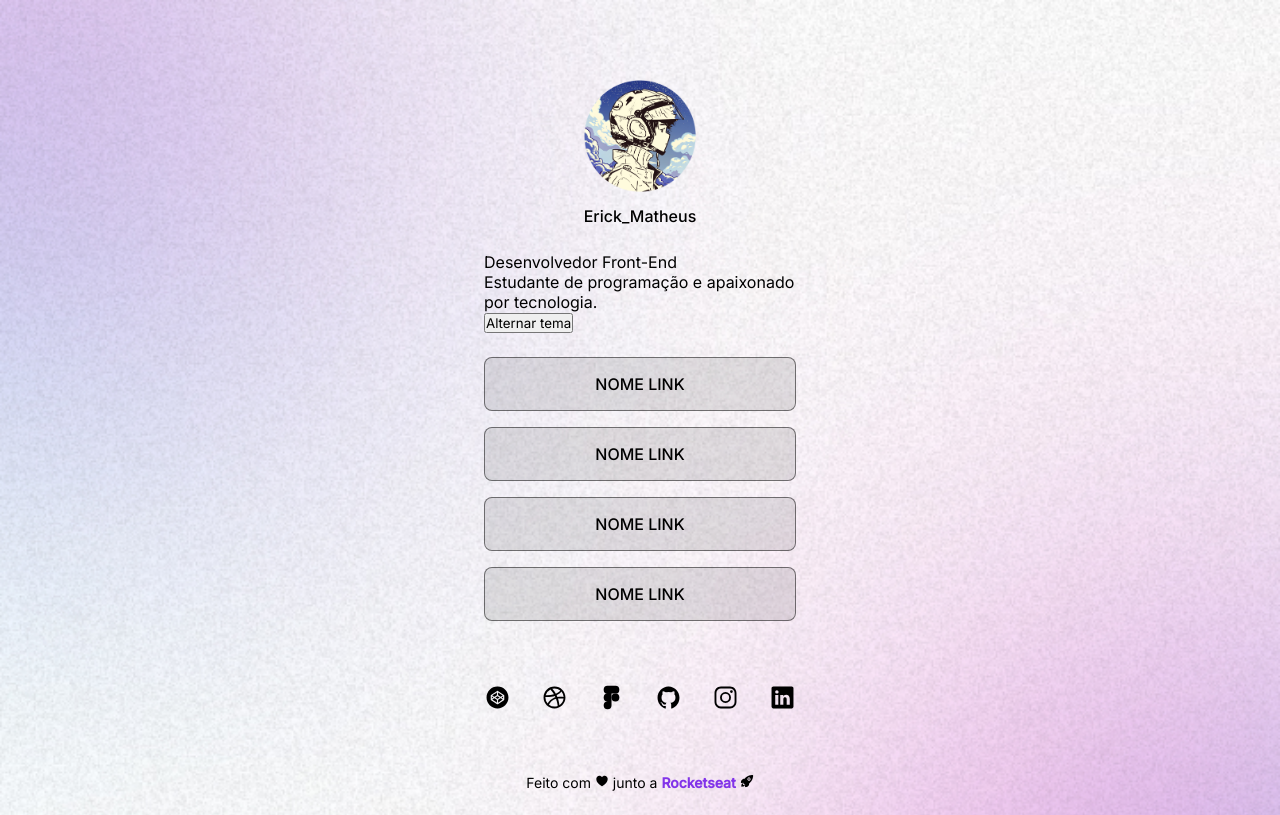
Repository: e-rickmatheus/project_dev_links
Page: index.html
An editor plug-in stored every save of this project. The page is shown before and after a run of saves, followed by the edit.
The browser window is 1280 px wide. The pictures show the whole page.

Above is the page before, as saved 2025-04-03 19:55:52.

### index.html
<!DOCTYPE html>
<html lang="pt-BR" class="light-theme">
<head>

<link rel="preconnect" href="https://fonts.googleapis.com">
<link rel="preconnect" href="https://fonts.gstatic.com" crossorigin>
<link href="https://fonts.googleapis.com/css2?family=Inter:wght@400;500&display=swap" rel="stylesheet">
  <meta charset="UTF-8">
  <meta name="viewport" content="width=device-width, initial-scale=1.0">
  <title>DEV.Links</title>
  <link rel="stylesheet" href="./style.css">
  <a></a>
</head>
<body>

  <div id="container">
    <div id="profile">
      <img id="avatar" src="./assets/avatar-pilot-day.png" alt="avatar-light">
      <p>Erick_Matheus</p>
    </div>
    <div id="description">
      <p>Desenvolvedor Front-End</p>
      <p>Estudante de programação e apaixonado por tecnologia.</p>
    </div>
    <div id="switcher">
      <button id="theme-toggle" aria-label="Alternar tema" title="Alternar tema">
        <span class="sr-only">Alternar tema</span>
        <i class="bi bi-sun-fill"></i>
        <i class="bi bi-moon-stars-fill"></i>
      </button>
    </div>
  <ul>
    <li>
      <a href="#" target="_blank">NOME LINK</a>
    </li>
    <li>
        <a href="#" target="_blank">NOME LINK</a>
    </li>
    <li>
        <a href="#" target="_blank">NOME LINK</a>
    </li>
    <li>
        <a href="#" target="_blank">NOME LINK</a>
    </li>
  </ul>
  <div id="social-links">
    <!-- <ion-icon name="logo-behance"></ion-icon> -->
    <a href="https://codepen.io/erick_matheus" target="_blank">
      <ion-icon name="logo-codepen"></ion-icon>
    </a>

    <a href="https://dribbble.com/erick_matheus" target="_blank">
      <ion-icon name="logo-dribbble"></ion-icon>
    </a>

    <a href="https://figma.com/@erick_matheus" target="_blank">
      <ion-icon name="logo-figma"></ion-icon>
    </a>
    <a href="https://github.com/e-rickmatheus" target="_blank">
      <ion-icon name="logo-github"></ion-icon>
    </a>

    <a href="https://instagram.com/" target="_blank">
      <ion-icon name="logo-instagram"></ion-icon>
    </a>

    <a href="https://linkedin.com/in/e-rickmatheus/" target="_blank">
      <ion-icon name="logo-linkedin"></ion-icon>
    </a>
    <!-- <ion-icon name="logo-medium"></ion-icon> -->
    <!-- <ion-icon name="logo-whatsapp"></ion-icon> -->
  </div>

  <footer>
    Feito com <ion-icon name="heart"></ion-icon>
    junto a <a id="rocketseat" href="https://rocketseat.com.br/" target="_blank">Rocketseat</a>   <ion-icon name="rocket"></ion-icon>
  </footer>
  </div>

<script type="module" src="https://cdn.jsdelivr.net/npm/ionicons@7.1.0/dist/ionicons/ionicons.esm.js"></script>
<script nomodule src="https://cdn.jsdelivr.net/npm/ionicons@7.1.0/dist/ionicons/ionicons.js"></script>
</body>

</html>

### style.css
* {  /* *: todos os elementos */
  margin: 0;
  padding: 0;
  box-sizing: border-box; /* border-box: altura e largura do elemento é o mesmo que o tamanho definido */

}

:root {
  --text-color: white; /* cor do texto */
  --bg-url: url(./assets/bg-mobile.jpg); /* url da imagem de fundo */
  --stroke-color: rgba(255, 255, 255, 0.5); /* cor do contorno */
  --surface-color: rgba(255, 255, 255, 0.1); /* cor da superfície */
  --surface-color-hover: rgba(255, 255, 255, 0.2); /* cor da superfície ao passar o mouse */
  --social-links-color-hover: rgba(255, 255, 255, 0.2); /* cor do link ao passar o mouse */
}

.light-theme { /* tema claro */
  --text-color: black; /* cor do texto */
  --bg-url: url(./assets/bg-mobile-light.jpg); /* url da imagem de fundo */
  --stroke-color: rgba(0, 0, 0, 0.5); /* cor do contorno */
  --surface-color: rgba(0, 0, 0, 0.1); /* cor da superfície */
  --surface-color-hover: rgba(0, 0, 0, 0.2); /* cor da superfície ao passar o mouse */
  --social-links-color-hover: rgba(0, 0, 0, 0.2); /* cor do link ao passar o mouse */
}

html, body {
  height: 100%; /* altura do html e body */
  width: 100%; /* largura do html e body */
}

body { /* body: corpo do documento */
  /*
  background-image: url(./assets/bg-mobile.jpg);
  background-repeat: no-repeat;
  background-position: top center;
  background-size: cover;
  */

  /* BACKGROUND GRADIENT
   background-image:  linear-gradient(
        45deg,
        hsl(201deg 37% 81%) 0%,
        hsl(202deg 39% 77%) 8%,
        hsl(204deg 40% 72%) 17%,
        hsl(206deg 41% 68%) 25%,
        hsl(207deg 42% 64%) 33%,
        hsl(209deg 42% 60%) 41%,
        hsl(210deg 42% 56%) 50%,
        hsl(212deg 41% 53%) 58%,
        hsl(214deg 41% 49%) 66%,
        hsl(217deg 45% 46%) 75%,
        hsl(219deg 48% 43%) 83%,
        hsl(223deg 50% 40%) 92%,
        hsl(228deg 51% 38%) 100%
    );
    */
    background-repeat: no-repeat; /* repetição da imagem */
    background-position: top center; /* posição da imagem */
    background-size: 100% 100%; /* tamanho da imagem */
  background: var(--bg-url) no-repeat top center/cover;
  /* background: cor imagem repetição posição/tamanho */
}

body * { /* todos os elementos dentro do body */
  font-family: 'Inter', sans-serif;
  color: var(--text-color); /* cor do texto */


}

#container {
  width:  360px;
  margin: 56px auto 0px;
  display: block;
  padding: 0 24px;
}

/*PROFILE*/
#profile {
  text-align: center;
  padding: 24px;
}

#profile img {
  width: 112px;
}

#profile p {
  font-weight: 500;
  line-height: 24px;
  margin-top: 8px;
}


/*links*/
ul { /* ul: lista não ordenada */
  list-style: none;
  display: flex;
  flex-direction: column;
  gap: 16px;
  padding: 24px 0;
}

ul li a { /* a: link */
  display: flex;
  justify-content: center;
  align-items: center;
  padding: 16px 24px;
  background: var(--surface-color);
  border: 1px solid var(--stroke-color);
  border-radius: 8px;
  backdrop-filter: blur (4px);
  -webkit-backdrop-filter: blur (4px);

  text-decoration: none;
  font-weight: 500;

  transition: background 0.2s;
}

ul li a:hover { /* quando o mouse estiver em cima do link */
  background: var(--surface-color-hover);
  border: 1.5px solid var(--text-color);
}


/*SOcial Links*/
#social-links {
  display: flex;
  justify-content: center;
  padding: 24px 0;
  font-size: 25px
}

#social-links a { /* a: link */
  display: flex;
  justify-content: center;
  align-items: center;
  padding: 16px;
  transition: background 0.2s;
  border-radius: 50%;
}

#social-links a:hover { /* quando o mouse estiver em cima do link */
  background: var(--social-links-color-hover);

}

footer {
  text-align: center;
  padding: 24px 0;
  font-size: 14px;
}

#rocketseat {
  color: rgb(130 52 233);
  text-decoration: none;
  font-weight: bold;
  transition: color 0.5s;
}

#rocketseat:hover { /* quando o mouse estiver em cima do link */
  color: white;
  text-decoration: underline;
  background:  rgb(130 52 233);
  transition: color 0.5s;
  margin: 1px 1px;
  padding: 4px 4px;
  border-radius: 4px;
  tex

}

After the next 2 saves:
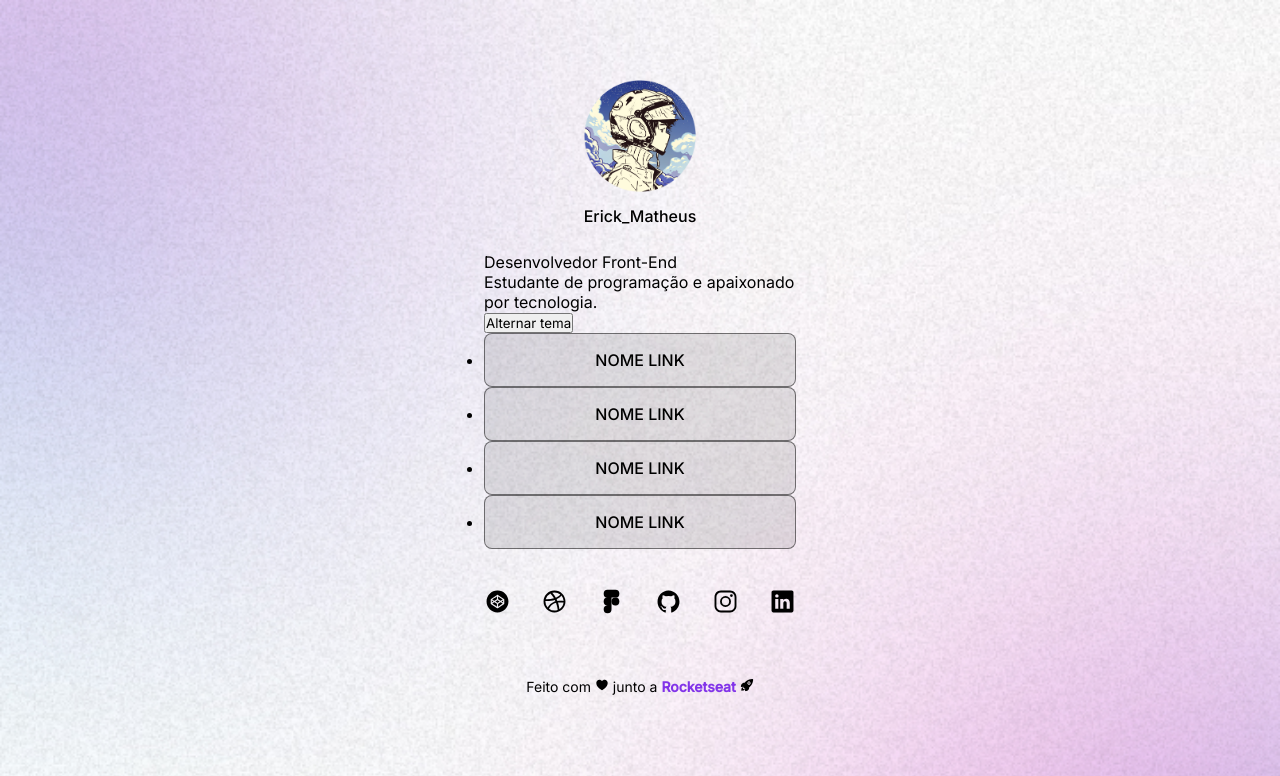
The 2 saves are shown as one change because they came seconds apart.
The last was saved 9 s later.
--- a/style.css
+++ b/style.css
@@ -91,6 +91,7 @@
   margin-top: 8px;
 }
 
+/
 
 /*links*/
 ul { /* ul: lista não ordenada */

After the 2 saves that followed:
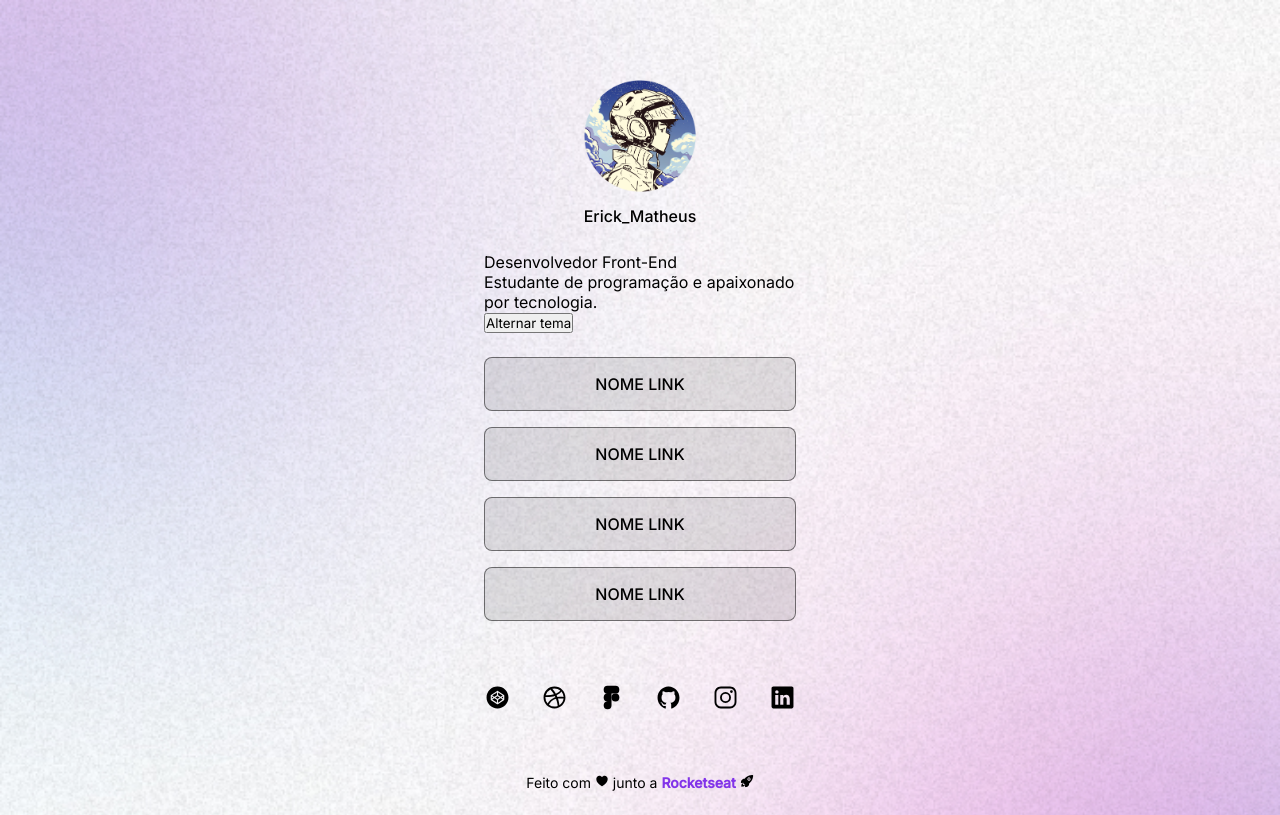
The 2 saves are shown as one change because they came seconds apart.
The last was saved 8 s later.
--- a/style.css
+++ b/style.css
@@ -91,7 +91,14 @@
   margin-top: 8px;
 }
 
-/
+/*SWITCH*/
+.switch {
+  display: flex;
+  justify-content: center;
+  align-items: center;
+  margin-top: 16px;
+  gap: 8px;
+}
 
 /*links*/
 ul { /* ul: lista não ordenada */
